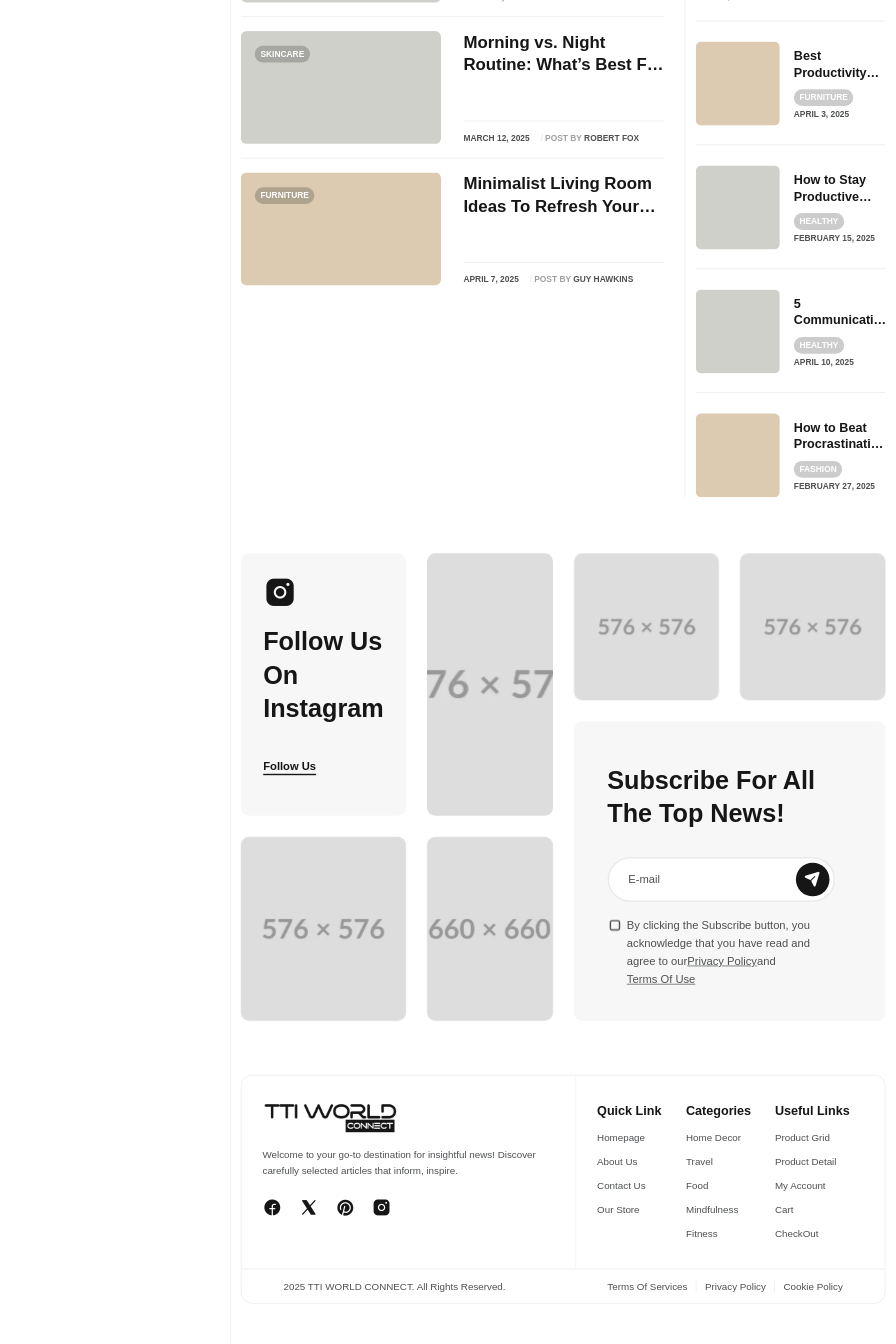
Repository: sanjeevuiuxdev/tti_client
Page: /homepage-3
An editor plug-in stored every save of this project. The page is shown before and after the next save, followed by the edit.
The browser window is 1280 px wide. The pictures show the part of the page from y = 4238 to 6158 px (the page is 6158 px tall), at 70% of full size.
The page's requests for data from a server got no answer. Some web fonts or font styles are not loaded; a fallback is used. The project was rebuilt for these pictures with package versions that can differ from the ones it lists, and the page was loaded fresh each time. The framework's server and built-in components were replaced by stand-ins that run in the browser. No one was signed in, and anything a server would have sent is missing. Also part of the build but not shown: next.config.ts.

Above is the page before, as saved 2025-11-24 17:57:20.

After the next save:
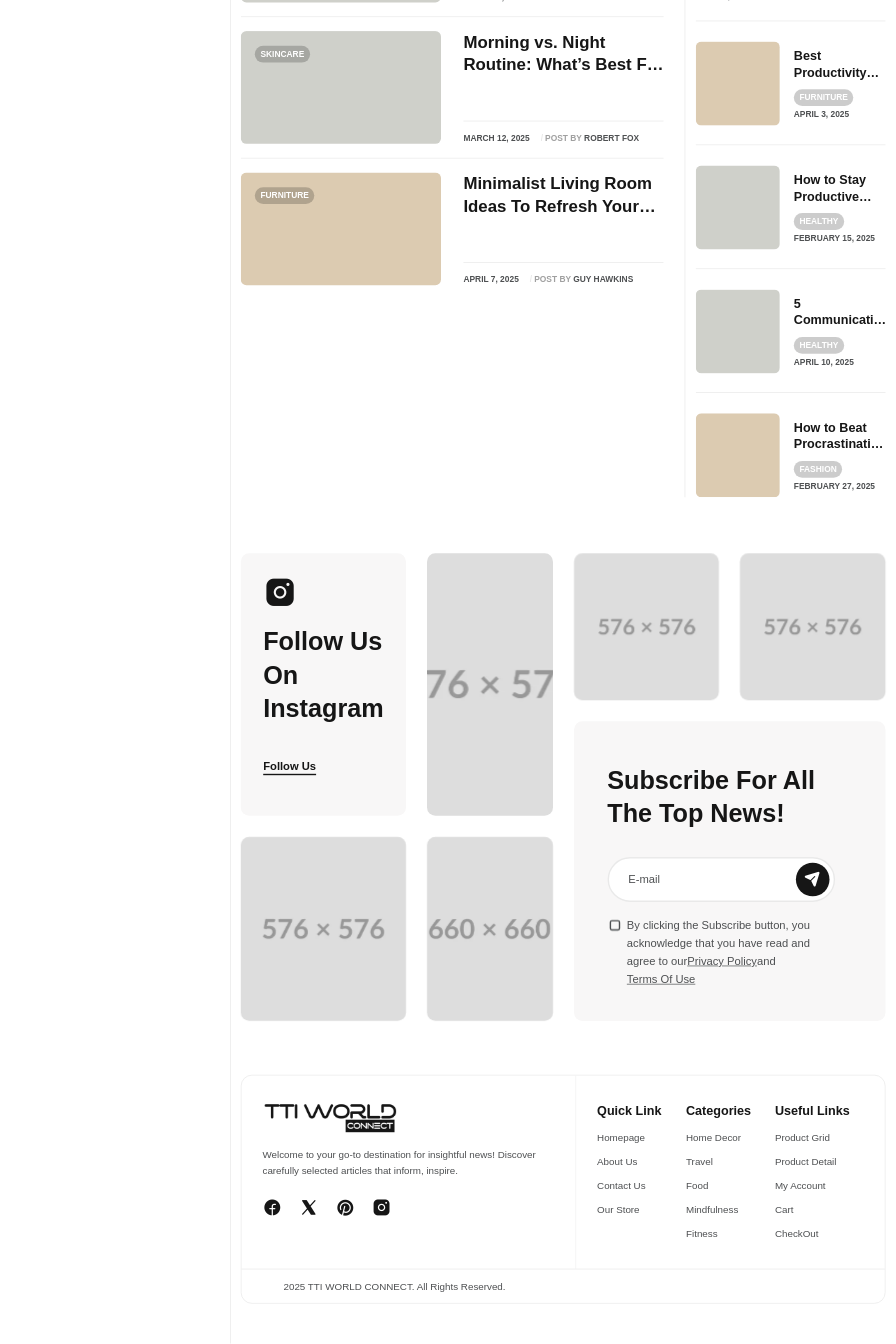
Saved 3 min 19 s later.
--- a/components/footers/Footer1.tsx
+++ b/components/footers/Footer1.tsx
@@ -177,7 +177,7 @@
           <p className="text-caption-1">
             {new Date().getFullYear()} TTI WORLD CONNECT. All Rights Reserved.
           </p>
-          <ul className="list d-flex">
+          {/* <ul className="list d-flex">
             {policies.map((item, index) => (
               <li className="text-caption-1" key={index}>
                 <a href="#" className="link">
@@ -185,7 +185,7 @@
                 </a>
               </li>
             ))}
-          </ul>
+          </ul> */}
         </div>
       </footer>
     </div>
